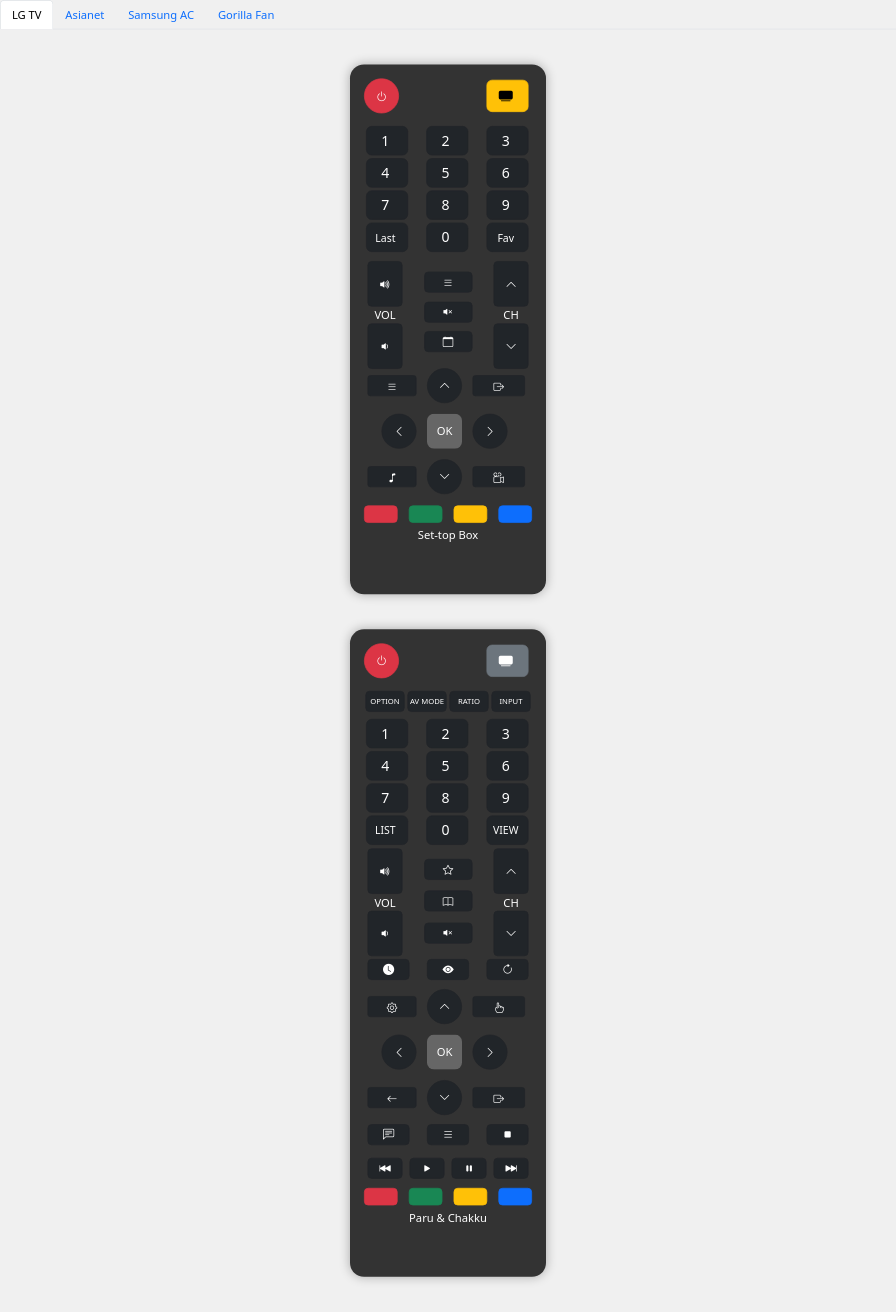
Repository: manumohan/custom-remote
Page: data/index.html
An editor plug-in stored every save of this project. The page is shown before and after the next save, followed by the edit.
The browser window is 1280 px wide. The pictures show the whole page, at 70% of full size.

Above is the page before, as saved 2024-09-08 21:09:10.

### data/index.html
<!DOCTYPE html>
<html lang="en">

<head>
  <meta charset="UTF-8">
  <meta name="viewport" content="width=device-width, initial-scale=1.0">
  <title>Remote Control</title>
  <link href="https://cdn.jsdelivr.net/npm/bootstrap@5.3.0-alpha1/dist/css/bootstrap.min.css" rel="stylesheet">
  <link href="https://cdn.jsdelivr.net/npm/bootstrap-icons/font/bootstrap-icons.css" rel="stylesheet">
  <style>
    body {
      background-color: #f0f0f0;
      text-align: center;
    }

    .remote-control {
      display: flex;
      flex-direction: column;
      align-items: center;
      background-color: #333;
      padding: 20px;
      border-radius: 20px;
      width: 280px;
      margin: 50px auto;
      box-shadow: 0 0 15px rgba(0, 0, 0, 0.3);
    }

    .btn-lg {
      padding: 5px 5px 5px 0px;
      width: 60px;
      margin: 2px 5px 2px 3px;
    }

    .fnt-15 {
      font-size: 15px;
    }

    .btn-sp4 {
      padding: 0px;
      width: 60px;
      margin: 2px 2px 0px 2px;
      font-size: 11px;
      height: 30px;
    }

    .btn-sp3 {
      padding: 0px 20px;
      width: 69px;
      margin: 10px 2px 0px 2px;
      font-size: 15px;
      height: 30px;
    }

    .btn-sp {
      padding: 0px;
      width: 60px;
      margin: 5px;
      height: 30px;
    }

    .btn-vol {
      padding: 8px;
      width: 70px;
      margin: 3px;
    }

    .btn-nav {
      height: 30px;
      margin: 10px 0 0 0;
      font-size: 15px;
    }

    .btn-icon {
      font-size: 24px;
    }

    .btn-circle {
      border-radius: 50%;
      width: 50px;
      height: 50px;
      display: inline-flex;
      justify-content: center;
      align-items: center;
    }

    .nav-section {
      display: grid;
      grid-template-columns: 50px 50px 50px;
      grid-template-rows: 50px 50px 50px;
      justify-content: center;
      gap: 15px;
      margin-left: 25px;
    }

    .ml20 {
      margin-left: -20px;
    }

    .mr25 {
      margin-right: -25px;
    }

    .ch-vol-sp {
      color: white;
      padding: 5px;
    }

    .nav-section-vol {
      display: grid;
      justify-content: center;
    }

    .btn-ok {
      width: 50px;
      height: 50px;
      border-radius: 10px;
      display: flex;
      justify-content: center;
      align-items: center;
      background-color: #666;
    }

    .color-buttons button {
      width: 20%;
      height: 25px;
    }

    .btn-volume {
      width: 50px;
      margin: -5px 5px -5px 5px;
      height: 65px;
    }
  </style>
</head>

<body>
  <!-- Tab Navigation -->
  <ul class="nav nav-tabs" id="remoteTabs" role="tablist">
    <li class="nav-item" role="presentation">
      <button class="nav-link active" id="remote1-tab" data-bs-toggle="tab" data-bs-target="#remote1" type="button" role="tab" aria-controls="remote1" aria-selected="true">LG TV</button>
    </li>
    <li class="nav-item" role="presentation">
      <button class="nav-link" id="remote2-tab" data-bs-toggle="tab" data-bs-target="#remote2" type="button" role="tab" aria-controls="remote2" aria-selected="false">Asianet</button>
    </li>
    <li class="nav-item" role="presentation">
      <button class="nav-link" id="remote2-tab" data-bs-toggle="tab" data-bs-target="#remote2" type="button" role="tab" aria-controls="remote2" aria-selected="false">Samsung AC</button>
    </li>
    <li class="nav-item" role="presentation">
      <button class="nav-link" id="remote2-tab" data-bs-toggle="tab" data-bs-target="#remote2" type="button" role="tab" aria-controls="remote2" aria-selected="false">Gorilla Fan</button>
    </li>
  </ul>

  <!-- Tab Content -->
  <div class="tab-content" id="remoteTabContent">
    <!-- Remote 1 -->
    <div class="tab-pane fade show active" id="remote1" role="tabpanel" aria-labelledby="remote1-tab">
      <div class="remote-control">
        <!-- Power and Input Buttons -->
        <div class="d-flex justify-content-between w-100 mb-3">
          <button class="btn btn-danger btn-circle" data-bs-toggle="tooltip" data-bs-placement="top" onclick="sendIR('asianet_old', 'power')" title="Power">
            <i class="bi bi-power"></i>
          </button>
          <button class="btn btn-warning btn-lg" data-bs-toggle="tooltip" data-bs-placement="top" onclick="sendIR('lg_tv', 'tv')" title="TV">
            <i class="bi bi-tv-fill"></i>
          </button>
        </div>

        <!-- Number Buttons -->
        <div class="d-flex flex-wrap justify-content-between mb-3">
          <button class="btn btn-dark btn-lg" onclick="sendIR('asianet_old', 'one')">1</button>
          <button class="btn btn-dark btn-lg" onclick="sendIR('asianet_old', 'two')">2</button>
          <button class="btn btn-dark btn-lg" onclick="sendIR('asianet_old', 'three')">3</button>
          <button class="btn btn-dark btn-lg" onclick="sendIR('asianet_old', 'four')">4</button>
          <button class="btn btn-dark btn-lg" onclick="sendIR('asianet_old', 'five')">5</button>
          <button class="btn btn-dark btn-lg" onclick="sendIR('asianet_old', 'six')">6</button>
          <button class="btn btn-dark btn-lg" onclick="sendIR('asianet_old', 'seven')">7</button>
          <button class="btn btn-dark btn-lg" onclick="sendIR('asianet_old', 'eight')">8</button>
          <button class="btn btn-dark btn-lg" onclick="sendIR('asianet_old', 'nine')">9</button>
          <button class="btn btn-dark btn-lg fnt-15" onclick="sendIR('asianet_old', 'last')">Last</button>
          <button class="btn btn-dark btn-lg" onclick="sendIR('asianet_old', 'zero')">0</button>
          <button class="btn btn-dark btn-lg fnt-15" onclick="sendIR('asianet_old', 'fav')">Fav</button>
        </div>

        <!-- Navigation Section with Volume/Channel on sides -->
        <div class="d-flex justify-content-between w-100 mb-1">
          <div class="d-flex flex-column">
            <button class="btn btn-dark btn-volume" onclick="sendIR('asianet_old', 'vol_up')">
              <i class="bi bi-volume-up-fill"></i>
            </button>
            <span class="ch-vol-sp">VOL</span>
            <button class="btn btn-dark btn-volume" onclick="sendIR('asianet_old', 'vol_down')">
              <i class="bi bi-volume-down-fill"></i>
            </button>
          </div>

          <!-- Navigation Section Layout -->
          <div class="nav-section-vol">
            <div class="d-flex flex-wrap justify-content-center mb-3">
              <button class="btn btn-dark btn-sp3" data-bs-toggle="tooltip" data-bs-placement="top" title="Menu" onclick="sendIR('asianet_old', 'menu')">
                <i class="bi bi-list"></i>
              </button>
              <button class="btn btn-dark btn-sp3" data-bs-toggle="tooltip" data-bs-placement="top" title="Mute" onclick="sendIR('asianet_old', 'mute')">
                <i class="bi bi-volume-mute-fill"></i>
              </button>
              <button class="btn btn-dark btn-sp3" data-bs-toggle="tooltip" data-bs-placement="top" title="EPG" onclick="sendIR('asianet_old', 'epg')">
                <i class="bi bi-calendar"></i>
              </button>
            </div>
          </div>

          <div class="d-flex flex-column">
            <button class="btn btn-dark btn-volume" onclick="sendIR('asianet_old', 'ch_up')">
              <i class="bi bi-chevron-up"></i>
            </button>
            <span class="ch-vol-sp">CH</span>
            <button class="btn btn-dark btn-volume" onclick="sendIR('asianet_old', 'ch_down')">
              <i class="bi bi-chevron-down"></i>
            </button>
          </div>
        </div>

        <!-- Navigation Section with Volume/Channel on sides -->
        <div class="d-flex justify-content-between w-100 mb-3">
          <!-- Navigation Section Layout -->
          <div class="nav-section">
            <button class="btn btn-dark btn-sm btn-nav ml20" data-bs-toggle="tooltip" data-bs-placement="top" title="Nav" onclick="sendIR('asianet_old', 'nav')">
              <i class="bi bi-list"></i>
            </button><!-- Empty space in the grid -->
            <button class="btn btn-dark btn-circle" onclick="sendIR('asianet_old', 'nav_up')">
              <i class="bi bi-chevron-up"></i>
            </button>
            <button class="btn btn-dark btn-sm btn-nav mr25" data-bs-toggle="tooltip" data-bs-placement="top" title="Exit" onclick="sendIR('asianet_old', 'exit')">
              <i class="bi bi-box-arrow-right"></i>
            </button><!-- Empty space in the grid -->
            <button class="btn btn-dark btn-circle" onclick="sendIR('asianet_old', 'nav_left')">
              <i class="bi bi-chevron-left"></i>
            </button>
            <button class="btn btn-ok text-white" onclick="sendIR('asianet_old', 'nav_ok')">OK</button>
            <button class="btn btn-dark btn-circle" onclick="sendIR('asianet_old', 'nav_right')">
              <i class="bi bi-chevron-right"></i>
            </button>
            <button class="btn btn-dark btn-sm btn-nav ml20" data-bs-toggle="tooltip" data-bs-placement="top" title="Radio" onclick="sendIR('asianet_old', 'radio')">
              <i class="bi bi-music-note"></i>
            </button><!-- Empty space in the grid -->
            <button class="btn btn-dark btn-circle" onclick="sendIR('asianet_old', 'nav_down')">
              <i class="bi bi-chevron-down"></i>
            </button>
            <button class="btn btn-dark btn-sm btn-nav mr25" data-bs-toggle="tooltip" data-bs-placement="top" title="VOD" onclick="sendIR('asianet_old', 'vod')">
              <i class="bi bi-camera-reels"></i>
            </button>
          </div>
        </div>

        <!-- Color Buttons -->
        <div class="d-flex justify-content-between w-100 color-buttons">
          <button class="btn btn-danger" data-bs-toggle="tooltip" data-bs-placement="top" title="Red" onclick="sendIR('asianet_old', 'red')"></button>
          <button class="btn btn-success" data-bs-toggle="tooltip" data-bs-placement="top" title="Green" onclick="sendIR('asianet_old', 'green')"></button>
          <button class="btn btn-warning" data-bs-toggle="tooltip" data-bs-placement="top" title="Yellow" onclick="sendIR('asianet_old', 'yellow')"></button>
          <button class="btn btn-primary" data-bs-toggle="tooltip" data-bs-placement="top" title="Blue" onclick="sendIR('asianet_old', 'blue')"></button>
        </div>

        <div class="d-flex justify-content-center w-100 mb-5">
          <span class="ch-vol-sp">Set-top Box</span>
        </div>
      </div>


      <div class="remote-control">
        <!-- Power and Input Buttons -->
        <div class="d-flex justify-content-between w-100 mb-3">
          <button class="btn btn-danger btn-circle" data-bs-toggle="tooltip" data-bs-placement="top" onclick="sendIR('lg_tv', 'power')" title="Power">
            <i class="bi bi-power"></i>
          </button>
          <button class="btn btn-secondary btn-lg" data-bs-toggle="tooltip" data-bs-placement="top" onclick="sendIR('lg_tv', 'tv')" title="TV">
            <i class="bi bi-tv-fill"></i>
          </button>
        </div>

        <div class="d-flex justify-content-between w-100 mb-2">
          <button class="btn btn-dark btn-sp4" onclick="sendIR('lg_tv', 'option')">OPTION</button>
          <button class="btn btn-dark btn-sp4" onclick="sendIR('lg_tv', 'avmode')">AV MODE</button>
          <button class="btn btn-dark btn-sp4" onclick="sendIR('lg_tv', 'ratio')">RATIO</button>
          <button class="btn btn-dark btn-sp4" onclick="sendIR('lg_tv', 'input')">INPUT</button>
        </div>

        <!-- Number Buttons -->
        <div class="d-flex flex-wrap justify-content-between mb-2">
          <button class="btn btn-dark btn-lg" onclick="sendIR('lg_tv', 'one')">1</button>
          <button class="btn btn-dark btn-lg" onclick="sendIR('lg_tv', 'two')">2</button>
          <button class="btn btn-dark btn-lg" onclick="sendIR('lg_tv', 'three')">3</button>
          <button class="btn btn-dark btn-lg" onclick="sendIR('lg_tv', 'four')">4</button>
          <button class="btn btn-dark btn-lg" onclick="sendIR('lg_tv', 'five')">5</button>
          <button class="btn btn-dark btn-lg" onclick="sendIR('lg_tv', 'six')">6</button>
          <button class="btn btn-dark btn-lg" onclick="sendIR('lg_tv', 'seven')">7</button>
          <button class="btn btn-dark btn-lg" onclick="sendIR('lg_tv', 'eight')">8</button>
          <button class="btn btn-dark btn-lg" onclick="sendIR('lg_tv', 'nine')">9</button>
          <button class="btn btn-dark btn-lg fnt-15" onclick="sendIR('lg_tv', 'list')">LIST</button>
          <button class="btn btn-dark btn-lg" onclick="sendIR('lg_tv', 'zero')">0</button>
          <button class="btn btn-dark btn-lg fnt-15" onclick="sendIR('lg_tv', 'view')">VIEW</button>
        </div>

        <!-- Navigation Section with Volume/Channel on sides -->
        <div class="d-flex justify-content-between w-100 mb-1">
          <div class="d-flex flex-column">
            <button class="btn btn-dark btn-volume" onclick="sendIR('lg_tv', 'vol_up')">
              <i class="bi bi-volume-up-fill"></i>
            </button>
            <span class="ch-vol-sp">VOL</span>
            <button class="btn btn-dark btn-volume" onclick="sendIR('lg_tv', 'vol_down')">
              <i class="bi bi-volume-down-fill"></i>
            </button>
          </div>

          <!-- Navigation Section Layout -->
          <div class="nav-section-vol">
            <div class="d-flex flex-wrap justify-content-center mb-2">
              <button class="btn btn-dark btn-sp3" data-bs-toggle="tooltip" data-bs-placement="top" title="Favorite" onclick="sendIR('lg_tv', 'fav')">
                <i class="bi bi-star"></i>
              </button>
              <button class="btn btn-dark btn-sp3" data-bs-toggle="tooltip" data-bs-placement="top" title="Guide" onclick="sendIR('lg_tv', 'guide')">
                <i class="bi bi-book"></i>
              </button>
              <button class="btn btn-dark btn-sp3" data-bs-toggle="tooltip" data-bs-placement="top" title="Mute" onclick="sendIR('lg_tv', 'mute')">
                <i class="bi bi-volume-mute-fill"></i>
              </button>
            </div>
          </div>

          <div class="d-flex flex-column">
            <button class="btn btn-dark btn-volume" onclick="sendIR('lg_tv', 'ch_up')">
              <i class="bi bi-chevron-up"></i>
            </button>
            <span class="ch-vol-sp">CH</span>
            <button class="btn btn-dark btn-volume" onclick="sendIR('lg_tv', 'ch_down')">
              <i class="bi bi-chevron-down"></i>
            </button>
          </div>
        </div>

        <div class="d-flex justify-content-between w-100 mb-2">
          <button class="btn btn-dark btn-sp" data-bs-toggle="tooltip" data-bs-placement="top" title="Time" onclick="sendIR('lg_tv', 'time')">
            <i class="bi bi-clock-fill"></i>
          </button>
          <button class="btn btn-dark btn-sp" data-bs-toggle="tooltip" data-bs-placement="top" title="Reveal" onclick="sendIR('lg_tv', 'reveal')">
            <i class="bi bi-eye-fill"></i>
          </button>
          <button class="btn btn-dark btn-sp" data-bs-toggle="tooltip" data-bs-placement="top" title="Update" onclick="sendIR('lg_tv', 'update')">
            <i class="bi bi-arrow-clockwise"></i>
          </button>
        </div>

        <!-- Navigation Section with Volume/Channel on sides -->
        <div class="d-flex justify-content-between w-100 mb-2">
          <!-- Navigation Section Layout -->
          <div class="nav-section">
            <button class="btn btn-dark btn-sm btn-nav ml20" data-bs-toggle="tooltip" data-bs-placement="top" title="Settings" onclick="sendIR('lg_tv', 'setting')">
              <i class="bi bi-gear"></i>
            </button><!-- Empty space in the grid -->
            <button class="btn btn-dark btn-circle" onclick="sendIR('lg_tv', 'nav_up')">
              <i class="bi bi-chevron-up"></i>
            </button>
            <button class="btn btn-dark btn-sm btn-nav mr25" data-bs-toggle="tooltip" data-bs-placement="top" title="Hold" onclick="sendIR('lg_tv', 'hold')">
              <i class="bi bi-hand-index"></i>
            </button><!-- Empty space in the grid -->
            <button class="btn btn-dark btn-circle" onclick="sendIR('lg_tv', 'nav_left')">
              <i class="bi bi-chevron-left"></i>
            </button>
            <button class="btn btn-ok text-white" onclick="sendIR('lg_tv', 'nav_ok')">OK</button>
            <button class="btn btn-dark btn-circle" onclick="sendIR('lg_tv', 'nav_right')">
              <i class="bi bi-chevron-right"></i>
            </button>
            <button class="btn btn-dark btn-sm btn-nav ml20" data-bs-toggle="tooltip" data-bs-placement="top" title="Back" onclick="sendIR('lg_tv', 'back')">
              <i class="bi bi-arrow-left"></i>
            </button><!-- Empty space in the grid -->
            <button class="btn btn-dark btn-circle" onclick="sendIR('lg_tv', 'nav_down')">
              <i class="bi bi-chevron-down"></i>
            </button>
            <button class="btn btn-dark btn-sm btn-nav mr25" data-bs-toggle="tooltip" data-bs-placement="top" title="Exit" onclick="sendIR('lg_tv', 'exit')">
              <i class="bi bi-box-arrow-right"></i>
            </button>
          </div>
        </div>

        <!-- Playback Buttons with Icons -->
        <div class="d-flex justify-content-between w-100 mb-2">
          <button class="btn btn-dark btn-sp" data-bs-toggle="tooltip" data-bs-placement="top" title="Text" onclick="sendIR('lg_tv', 'text')">
            <i class="bi bi-chat-left-text"></i>
          </button>
          <button class="btn btn-dark btn-sp" data-bs-toggle="tooltip" data-bs-placement="top" title="Index" onclick="sendIR('lg_tv', 'index')">
            <i class="bi bi-list"></i>
          </button>
          <button class="btn btn-dark btn-sp" data-bs-toggle="tooltip" data-bs-placement="top" title="Stop" onclick="sendIR('lg_tv', 'stop')">
            <i class="bi bi-stop-fill"></i>
          </button>
        </div>

        <!-- Playback Buttons with Icons -->
        <div class="d-flex justify-content-between w-100 mb-2">
          <button class="btn btn-dark btn-sp" onclick="sendIR('lg_tv', 'play_bk')">
            <i class="bi bi-skip-backward-fill"></i>
          </button>
          <button class="btn btn-dark btn-sp" onclick="sendIR('lg_tv', 'play')">
            <i class="bi bi-play-fill"></i>
          </button>
          <button class="btn btn-dark btn-sp" onclick="sendIR('lg_tv', 'pause')">
            <i class="bi bi-pause-fill"></i>
          </button>
          <button class="btn btn-dark btn-sp" onclick="sendIR('lg_tv', 'play_fwd')">
            <i class="bi bi-skip-forward-fill"></i>
          </button>
        </div>

        <!-- Color Buttons -->
        <div class="d-flex justify-content-between w-100 color-buttons">
          <button class="btn btn-danger" data-bs-toggle="tooltip" data-bs-placement="top" title="Red" onclick="sendIR('lg_tv', 'red')"></button>
          <button class="btn btn-success" data-bs-toggle="tooltip" data-bs-placement="top" title="Green" onclick="sendIR('lg_tv', 'green')"></button>
          <button class="btn btn-warning" data-bs-toggle="tooltip" data-bs-placement="top" title="Yellow" onclick="sendIR('lg_tv', 'yellow')"></button>
          <button class="btn btn-primary" data-bs-toggle="tooltip" data-bs-placement="top" title="Blue" onclick="sendIR('lg_tv', 'blue')"></button>
        </div>

        <div class="d-flex justify-content-center w-100 mb-5">
          <span class="ch-vol-sp">Paru & Chakku</span>
        </div>
      </div>
    </div>

    <!-- Remote 2 -->
    <div class="tab-pane fade" id="remote2" role="tabpanel" aria-labelledby="remote2-tab">







    </div>
  </div>

  <script src="https://cdn.jsdelivr.net/npm/bootstrap@5.3.0-alpha1/dist/js/bootstrap.bundle.min.js"></script>
  <script>
    // Initialize tooltips
    var tooltipTriggerList = [].slice.call(document.querySelectorAll('[data-bs-toggle="tooltip"]'));
    var tooltipList = tooltipTriggerList.map(function (tooltipTriggerEl) {
      return new bootstrap.Tooltip(tooltipTriggerEl);
    });
  </script>
   <script>
    function sendIR(device, action) {
        if (irCodes[device] && irCodes[device][action]) {
            const irCode = irCodes[device][action];
            fetch(`/send_ir?device=${device}&action=${action}`)
                .then(response => response.text())
                .then(result => console.log(`IR signal sent: ${action}, IR Code: ${irCode}`))
                .catch(error => console.error('Error:', error));
        } else {
            console.error('Invalid device or action');
        }
    }
</script>
</body>

</html>

After the next save:
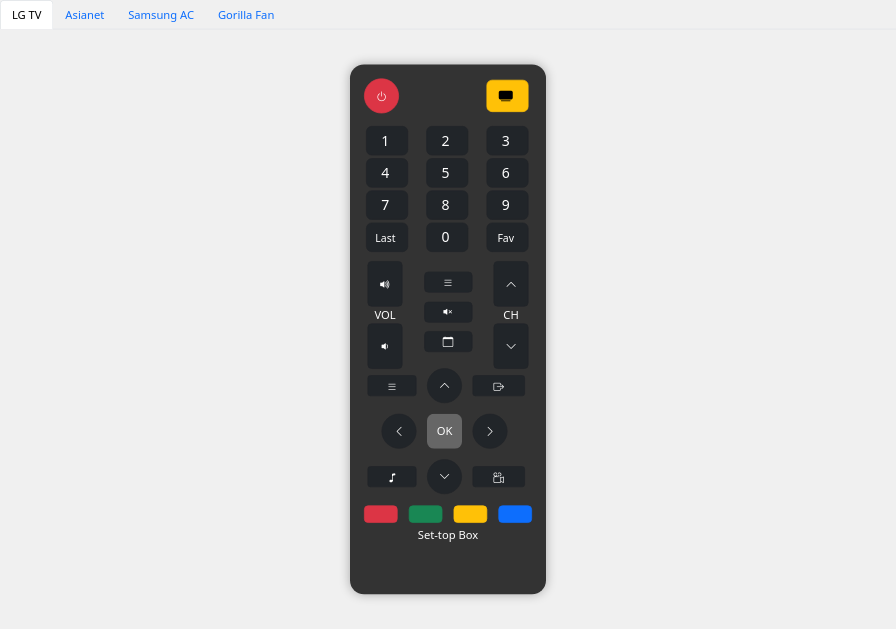
Saved 93 s later.
--- a/data/index.html
+++ b/data/index.html
@@ -264,7 +264,10 @@
         </div>
       </div>
 
-
+    </div>
+
+    <!-- Remote 2 -->
+    <div class="tab-pane fade" id="remote2" role="tabpanel" aria-labelledby="remote2-tab">
       <div class="remote-control">
         <!-- Power and Input Buttons -->
         <div class="d-flex justify-content-between w-100 mb-3">
@@ -422,16 +425,17 @@
           <span class="ch-vol-sp">Paru & Chakku</span>
         </div>
       </div>
+
     </div>
 
-    <!-- Remote 2 -->
-    <div class="tab-pane fade" id="remote2" role="tabpanel" aria-labelledby="remote2-tab">
-
-
-
-
-
-
+    <!-- Remote 3 -->
+    <div class="tab-pane fade" id="remote3" role="tabpanel" aria-labelledby="remote3-tab">
+
+
+    </div>
+
+    <!-- Remote 4 -->
+    <div class="tab-pane fade" id="remote4" role="tabpanel" aria-labelledby="remote4-tab">
 
     </div>
   </div>
